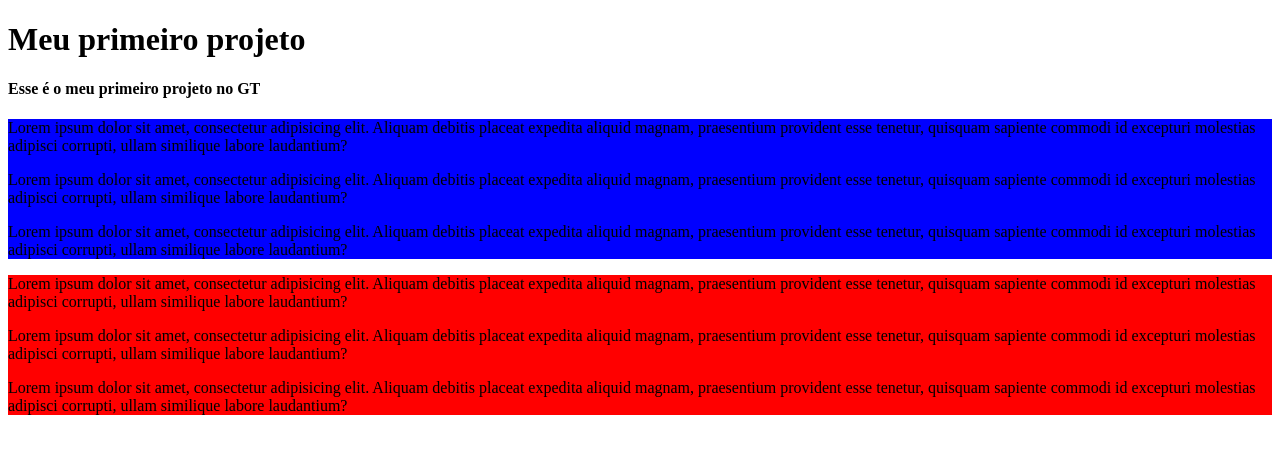
Repository: geracao-11/aula01
Page: index.html
The author's editor kept a copy of each file at every save. The page is drawn from the files as they stood at one save, then again after a run of saves.
The browser window is 1280 px wide. The pictures show the whole page.

Above is the page before, as saved 2025-04-02 09:40:01.

### index.html
<!DOCTYPE html>
<html lang="pt-br">
  <head>
    <meta charset="UTF-8" />
    <meta name="viewport" content="width=device-width, initial-scale=1.0" />
    <title>Teste</title>

  </head>
  <body>
    <header>

      <h1>Meu primeiro projeto</h1>
      <h4>Esse é o meu primeiro projeto no GT</h4>
    </header>
    <main>
      <div style="background-color: blue;">
        <p>
          Lorem ipsum dolor sit amet, consectetur adipisicing elit. Aliquam
          debitis placeat expedita aliquid magnam, praesentium provident esse
          tenetur, quisquam sapiente commodi id excepturi molestias adipisci
          corrupti, ullam similique labore laudantium?
        </p>
        <p>
          Lorem ipsum dolor sit amet, consectetur adipisicing elit. Aliquam
          debitis placeat expedita aliquid magnam, praesentium provident esse
          tenetur, quisquam sapiente commodi id excepturi molestias adipisci
          corrupti, ullam similique labore laudantium?
        </p>
        <p>
          Lorem ipsum dolor sit amet, consectetur adipisicing elit. Aliquam
          debitis placeat expedita aliquid magnam, praesentium provident esse
          tenetur, quisquam sapiente commodi id excepturi molestias adipisci
          corrupti, ullam similique labore laudantium?
        </p>
      </div>
      <div style="background-color: red;">
        <p>
          Lorem ipsum dolor sit amet, consectetur adipisicing elit. Aliquam
          debitis placeat expedita aliquid magnam, praesentium provident esse
          tenetur, quisquam sapiente commodi id excepturi molestias adipisci
          corrupti, ullam similique labore laudantium?
        </p>
        <p>
          Lorem ipsum dolor sit amet, consectetur adipisicing elit. Aliquam
          debitis placeat expedita aliquid magnam, praesentium provident esse
          tenetur, quisquam sapiente commodi id excepturi molestias adipisci
          corrupti, ullam similique labore laudantium?
        </p>
        <p>
          Lorem ipsum dolor sit amet, consectetur adipisicing elit. Aliquam
          debitis placeat expedita aliquid magnam, praesentium provident esse
          tenetur, quisquam sapiente commodi id excepturi molestias adipisci
          corrupti, ullam similique labore laudantium?
        </p>
      </div>
    </main>
    <footer></footer>
  </body>
</html>

After the next 2 saves:
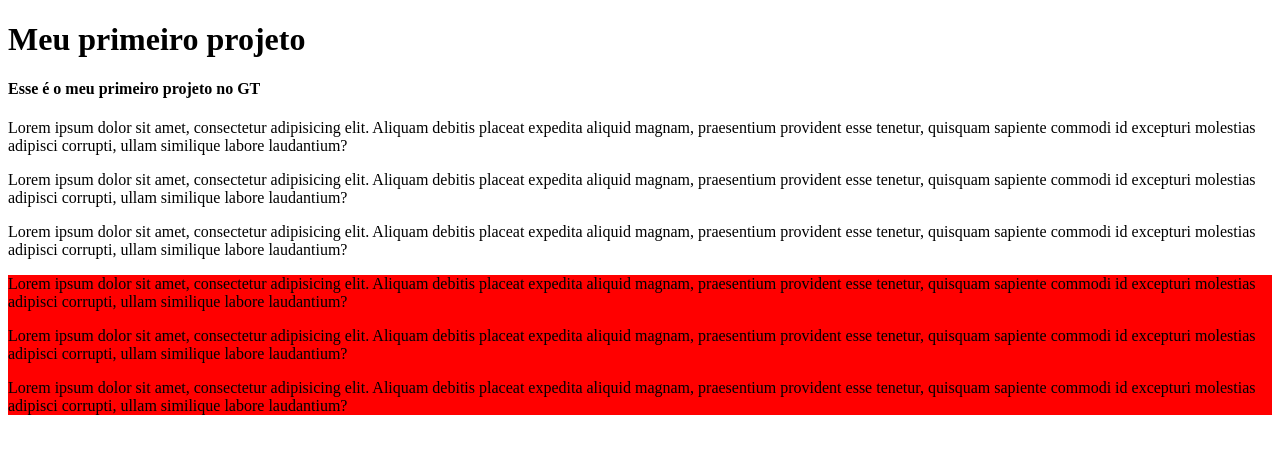
The 2 saves are shown as one change because they came seconds apart.
The last was saved 101 s later.
--- a/index.html
+++ b/index.html
@@ -13,7 +13,7 @@
       <h4>Esse é o meu primeiro projeto no GT</h4>
     </header>
     <main>
-      <div style="background-color: blue;">
+      <div style="background-color:;">
         <p>
           Lorem ipsum dolor sit amet, consectetur adipisicing elit. Aliquam
           debitis placeat expedita aliquid magnam, praesentium provident esse
